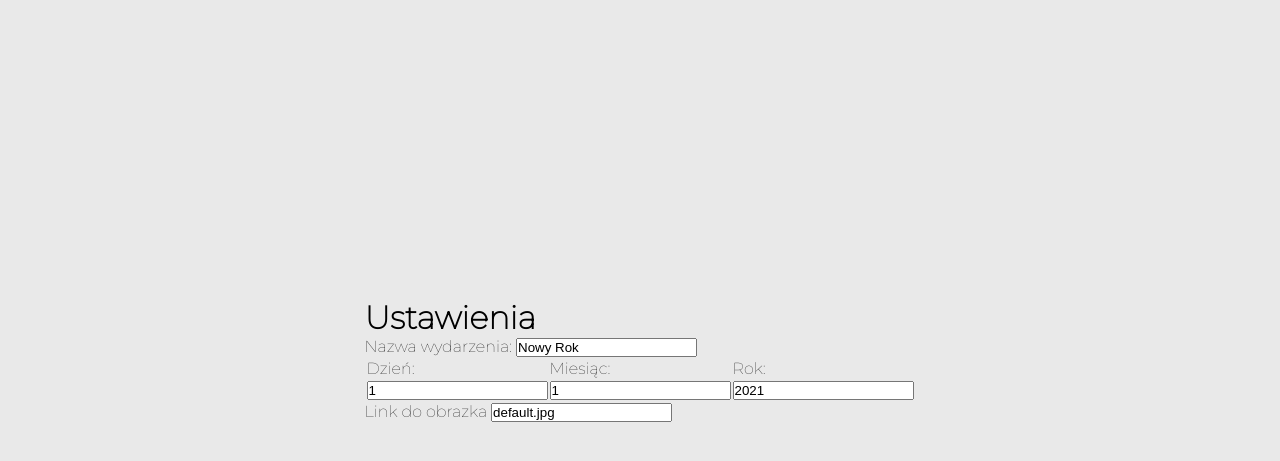
Repository: KrzysKolo/Projekt-8_Czasomierz
Page: index.html
These files come from the project's save history. The page is drawn as it stood at one moment and after the next save; the edit follows.
The browser window is 1280 px wide. The pictures show the whole page.
Some web libraries are served in a nearby version.

Above is the page before, as saved 2020-07-19 05:31:07.

### index.html
<!DOCTYPE html>
<html lang="en">
  <head>
    <meta charset="UTF-8" />
    <meta name="viewport" content="width=device-width, initial-scale=1.0" />
    <script
      src="https://kit.fontawesome.com/21efeaf281.js"
      crossorigin="anonymous"
    ></script>
    <link
      href="https://fonts.googleapis.com/css2?family=Montserrat:wght@100&display=swap"
      rel="stylesheet"
    />
    <link rel="stylesheet" href="/css/style.css" />
    <title>Projekt 9</title>
  </head>
  <body>
    <main class="counter-app">
      <div class="settings active">
        <h1>Ustawienia</h1>
        <label for="event-name">Nazwa wydarzenia: </label>
        <input type="text" id="event-name" value="Nowy Rok" />
        <table class="date">
          <tr>
            <td><label for="event-day">Dzień:</label></td>
            <td><label for="event-month">Miesiąc:</label></td>
            <td><label for="event-year">Rok:</label></td>
          </tr>
          <tr>
            <td>
              <input type="number" id="event-day" maxlength="2" value="1" />
            </td>
            <td>
              <input type="number" id="event-month" maxlength="2" value="1" />
            </td>
            <td>
              <input type="number" id="event-year" maxlength="4" value="2021" />
            </td>
          </tr>
        </table>
        <label for="eveny-image">Link do obrazka</label>
        <input type="text" id="eveny-image" value="default.jpg" />
      </div>
    </main>
    <script src="./js/index.js"></script>
  </body>
</html>

### css/style.css
* {
  box-sizing: border-box;
  margin: 0;
  padding: 0;
}
body {
  display: flex;
  justify-content: center;
  align-items: center;
  min-height: 100vh;
  font-family: "Montserrat", sans-serif;
  background-color: rgb(233, 233, 233);
}

Loaded but not shown: js/index.js (no copy from this time; the picture is the same without it)

After the next save:
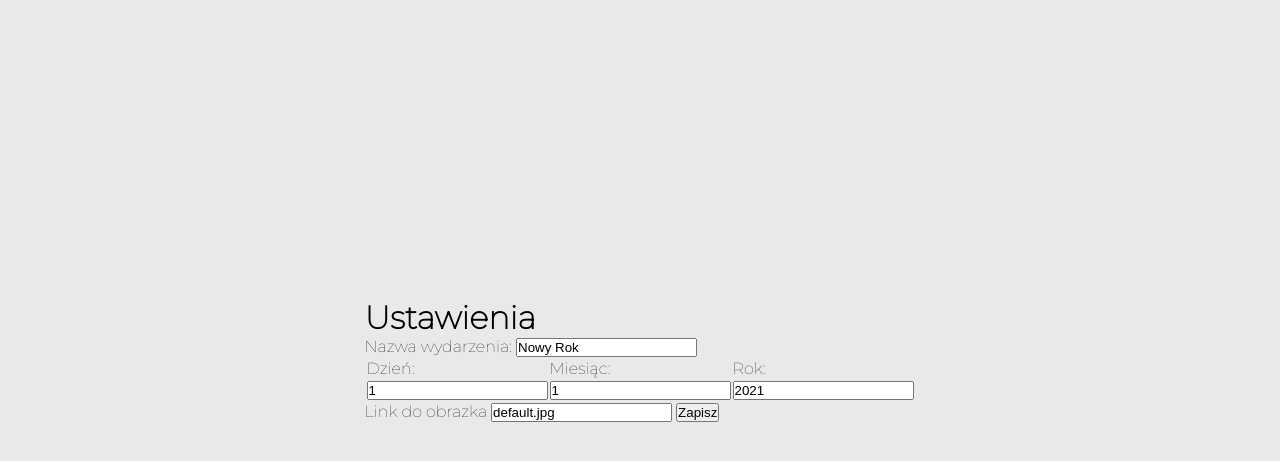
Saved 8 min 9 s later.
--- a/index.html
+++ b/index.html
@@ -40,6 +40,7 @@
         </table>
         <label for="eveny-image">Link do obrazka</label>
         <input type="text" id="eveny-image" value="default.jpg" />
+        <button class="save">Zapisz</button>
       </div>
     </main>
     <script src="./js/index.js"></script>
